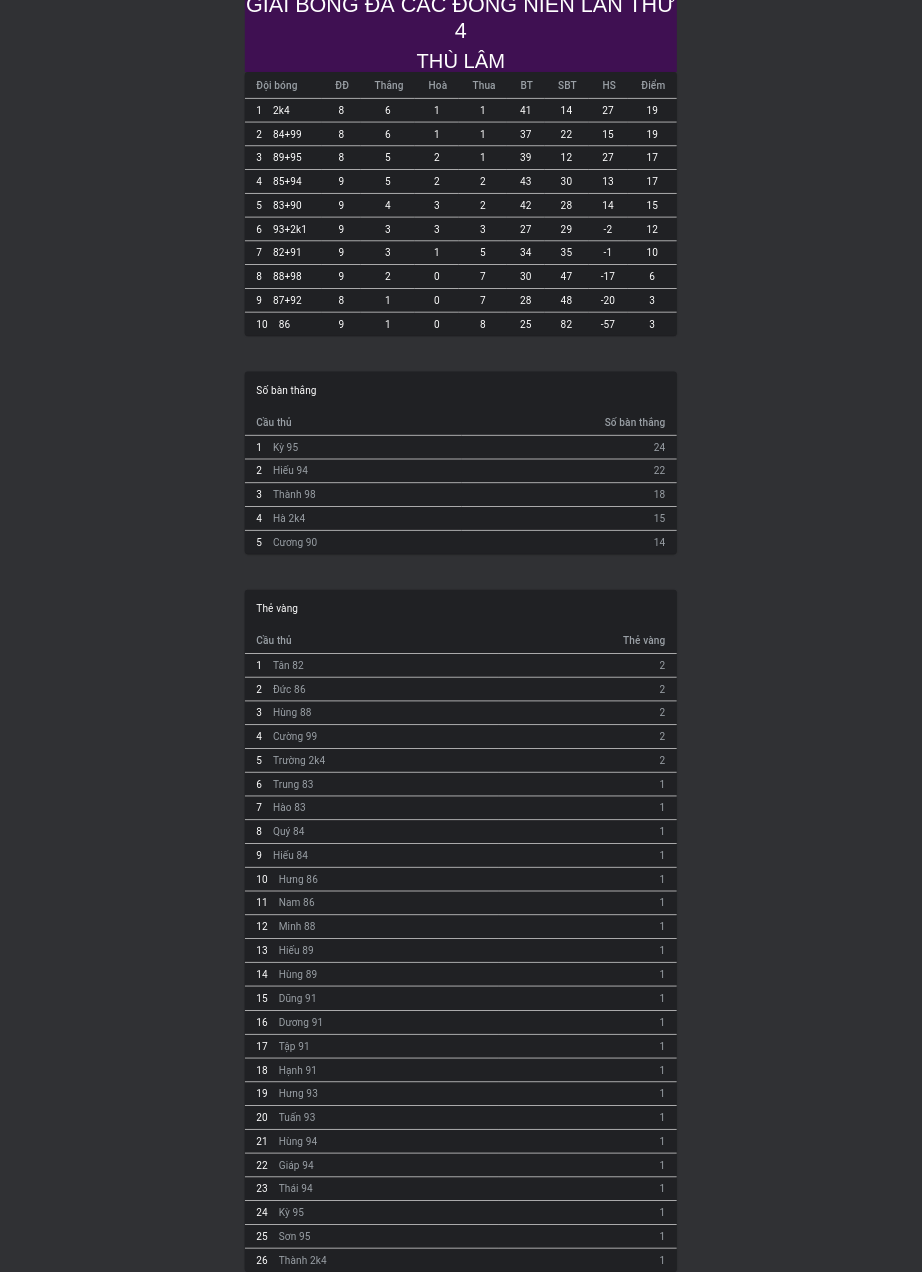
Repository: tuan842001/thulam
Page: /
These files come from the project's save history. The page is drawn as it stood at one moment and after the next save; the edit follows.
The browser window is 1280 px wide. The pictures show the whole page, at 72% of full size.
The project was rebuilt for these pictures with package versions that can differ from the ones it lists, and the page was loaded fresh each time.

Above is the page before, as saved 2022-01-11 15:47:59.

After the next save:
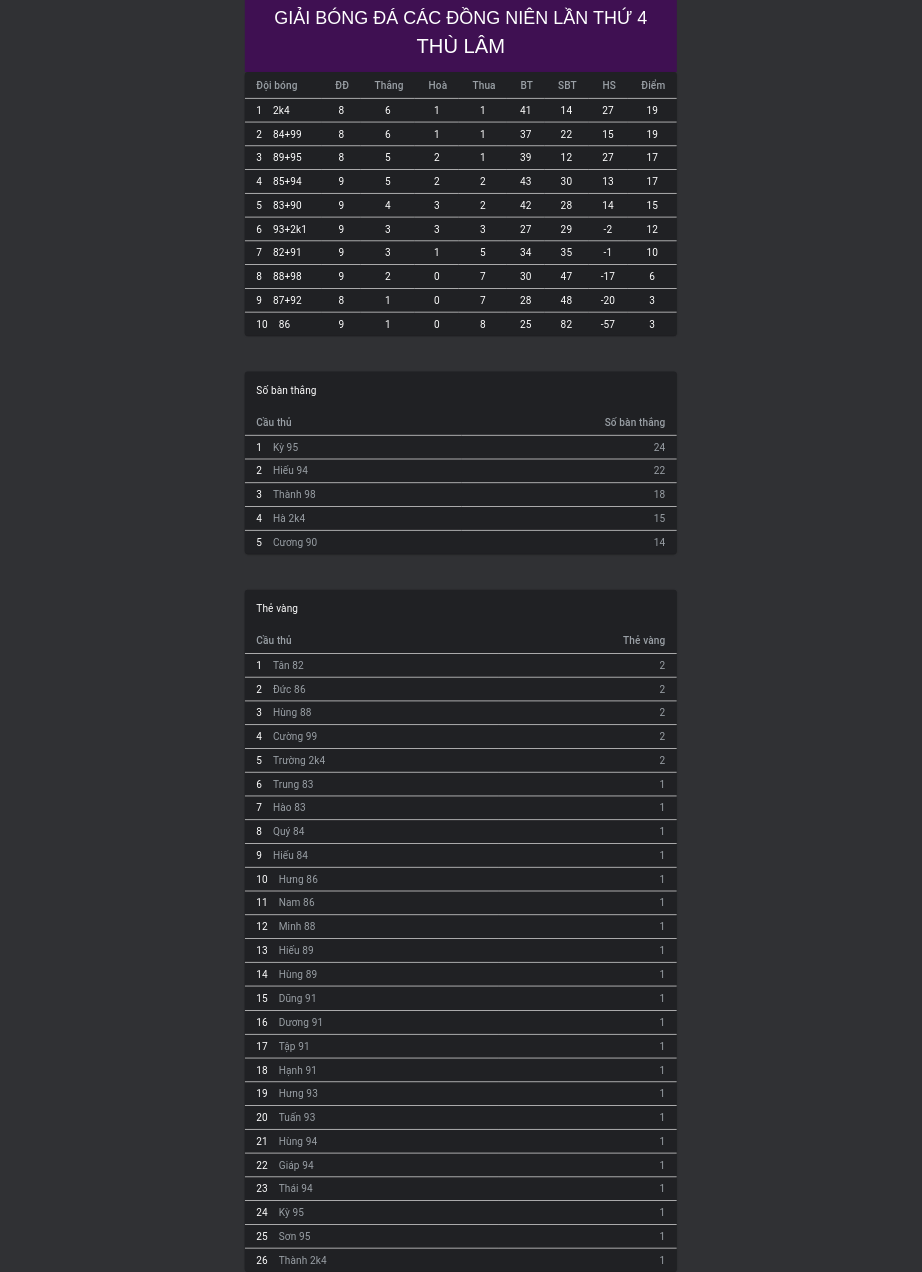
Saved 6 s later.
--- a/src/components/header/header.css
+++ b/src/components/header/header.css
@@ -11,5 +11,5 @@
 }
 
 .header h4 {
-    font-size: 30px;
+    font-size: 25px;
 }
